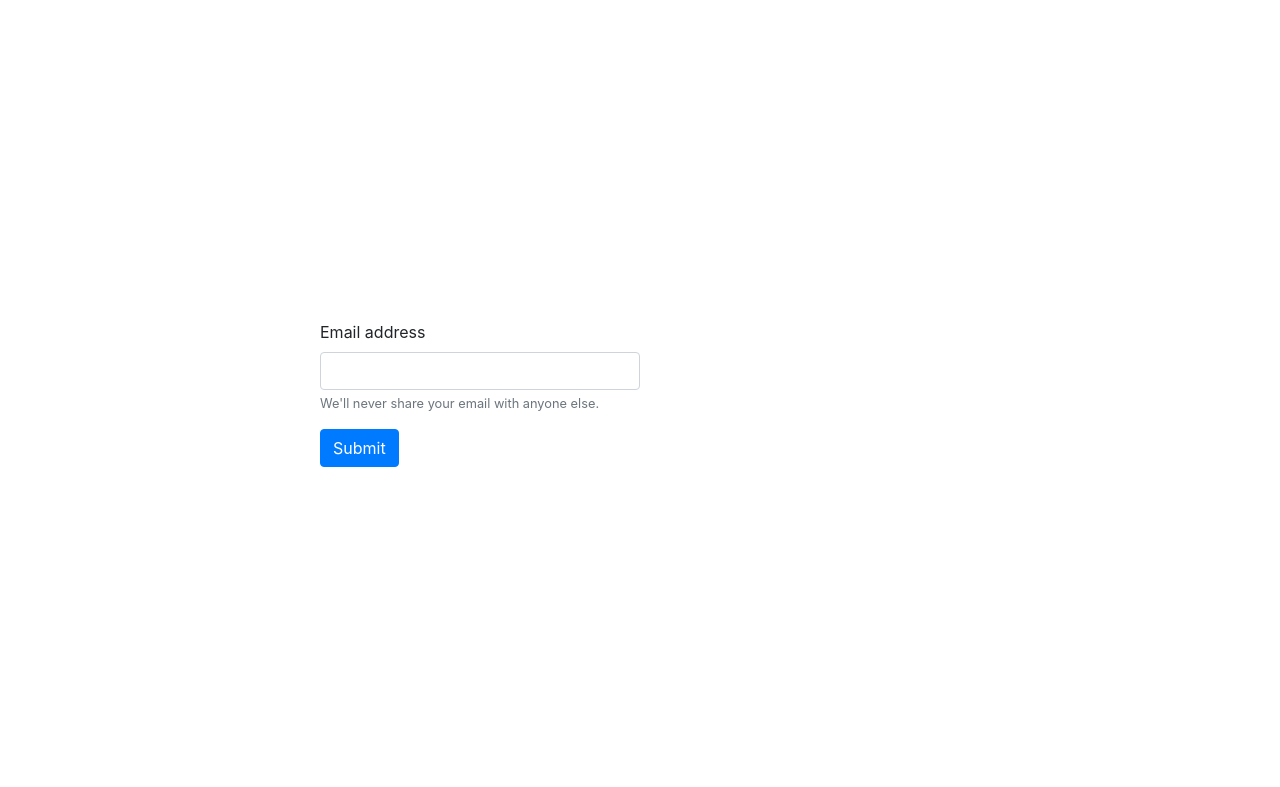
Repository: DhananjayaLakshan/PHP_CRUD_OOP1
Page: http://localhost/signup.php
The author's editor kept a copy of each file at every save. The page is drawn from the files as they stood at one save, then again after the next save.
The browser window is 1280 px wide. The pictures show the whole page.
The page is run by PHP 8.4 with error messages shown; the project is at /var/www/html/.

Above is the page before, as saved 2023-11-30 12:10:28.

### signup.php
<!DOCTYPE html>
<html lang="en">

<head>
    <meta charset="UTF-8">
    <meta name="viewport" content="width=device-width, initial-scale=1.0">
    <title>SIGNUP</title>

    <link rel="stylesheet" href="https://cdn.jsdelivr.net/npm/bootstrap@4.5.3/dist/css/bootstrap.min.css" integrity="sha384-TX8t27EcRE3e/ihU7zmQxVncDAy5uIKz4rEkgIXeMed4M0jlfIDPvg6uqKI2xXr2" crossorigin="anonymous">
    <link rel="stylesheet" href="style.css">
    <script src="script.js"></script>
</head>

<body>

    <form action="" method="post" style="width: 25%; margin: 25%;">
        <div class="form-group">
            <label for="exampleInputEmail1">Email address</label>
            <input type="email" class="form-control" id="exampleInputEmail1" aria-describedby="emailHelp">
            <small id="emailHelp" class="form-text text-muted">We'll never share your email with anyone else.</small>
        </div>

        <button type="submit" class="btn btn-primary">Submit</button>
    </form>









    <script src="https://code.jquery.com/jquery-3.5.1.slim.min.js" integrity="sha384-DfXdz2htPH0lsSSs5nCTpuj/zy4C+OGpamoFVy38MVBnE+IbbVYUew+OrCXaRkfj" crossorigin="anonymous"></script>
    <script src="https://cdn.jsdelivr.net/npm/bootstrap@4.5.3/dist/js/bootstrap.bundle.min.js" integrity="sha384-ho+j7jyWK8fNQe+A12Hb8AhRq26LrZ/JpcUGGOn+Y7RsweNrtN/tE3MoK7ZeZDyx" crossorigin="anonymous"></script>
</body>

</html>

### style.css
.addButton {
    padding: 5px 25px;
    margin: 10px;

}

.table{
    margin: 10px !important;
    width: 85%;

}

Loaded but not shown: script.js (no stored copy; drawn as an empty file)

After the next save:
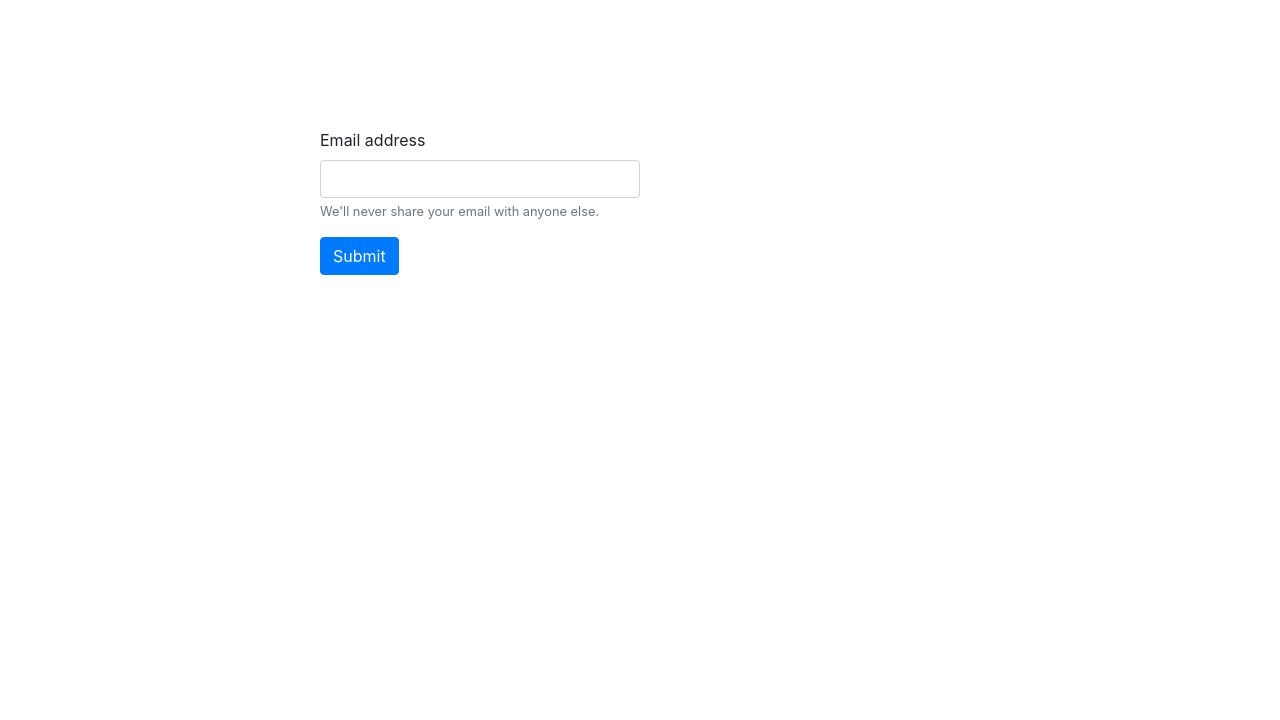
Saved 14 s later.
--- a/signup.php
+++ b/signup.php
@@ -13,7 +13,7 @@
 
 <body>
 
-    <form action="" method="post" style="width: 25%; margin: 25%;">
+    <form action="" method="post" style="width: 25%; margin: 10% 25%;">
         <div class="form-group">
             <label for="exampleInputEmail1">Email address</label>
             <input type="email" class="form-control" id="exampleInputEmail1" aria-describedby="emailHelp">
